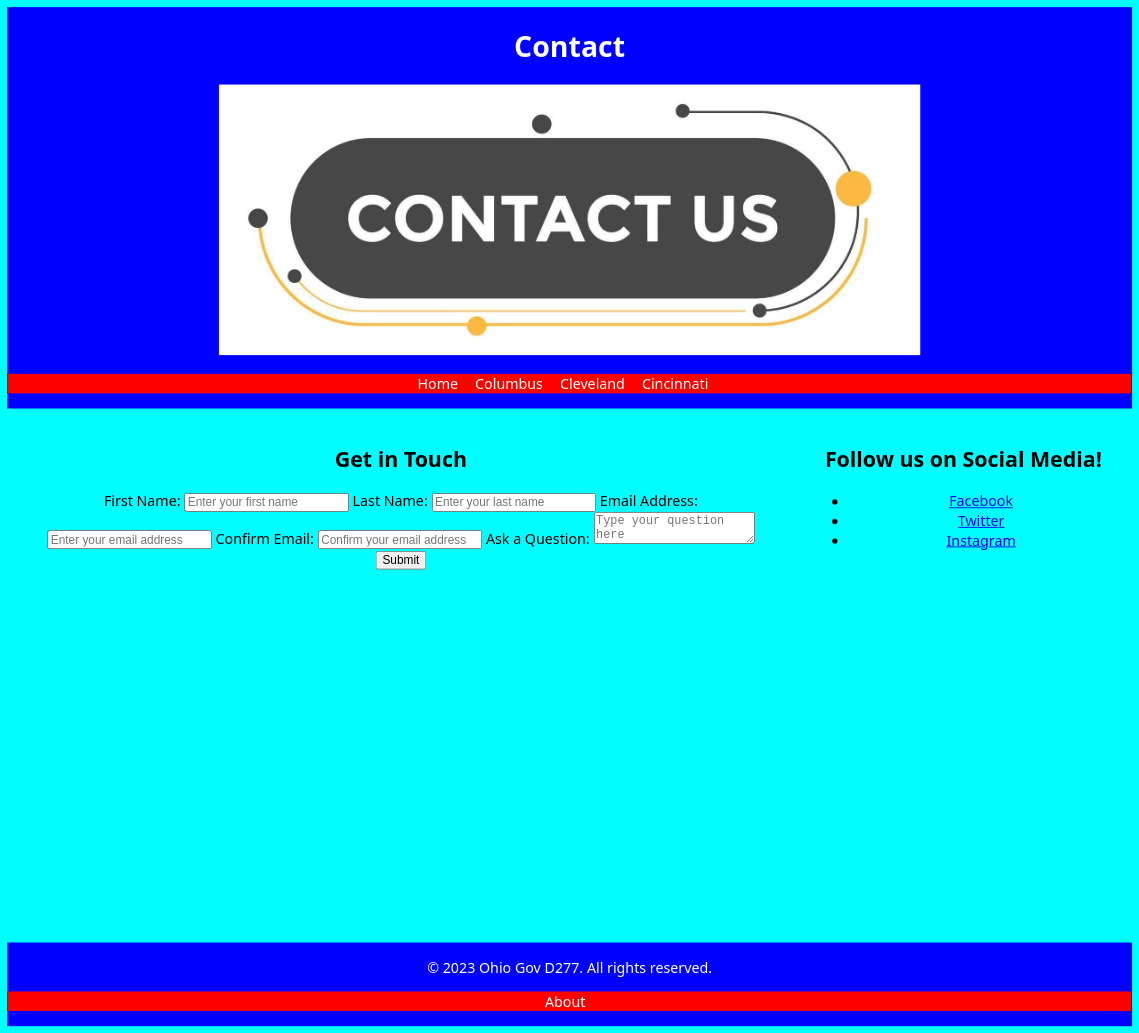
Repository: MikeeBuilds/FEWD-task1
Page: contact.html
These files come from the project's save history. The page is drawn as it stood at one moment and after the next save; the edit follows.
The browser window is 1280 px wide. The pictures show the whole page, at 89% of full size.

Above is the page before, as saved 2024-07-02 16:58:00.

### contact.html

<!DOCTYPE html>
<html lang="en">

<head>
    <title>Contact</title>
    <link rel="stylesheet" href="style.css">
    <script src="script.js"></script>
</head>

<body>

    <header>
        <h1>Contact</h1>
        <img src="images/contact.jpg" alt="contact image header">
        <nav>
            <ul>
                <li><a href="index.html">Home</a></li>
                <li><a href="columbus.html">Columbus</a></li>
                <li><a href="cleveland.html">Cleveland</a></li>
                <li><a href="cincinnati.html">Cincinnati</a></li>
            </ul>
        </nav>
    </header>

    <section>
        <h2>Get in Touch</h2>
        <form id="contactForm">
            <label for="firstName">First Name:</label>
            <input type="text" id="firstName" name="firstName" placeholder="Enter your first name" required>

            <label for="lastName">Last Name:</label>
            <input type="text" id="lastName" name="lastName" placeholder="Enter your last name" required>

            <label for="email">Email Address:</label>
            <input type="email" id="email" name="email" placeholder="Enter your email address" required>

            <label for="confirmEmail">Confirm Email:</label>
            <input type="email" id="confirmEmail" name="confirmEmail" placeholder="Confirm your email address" required>

            <!-- Adding a text box for the user to ask a question -->
            <label for="question">Ask a Question:</label>
            <textarea id="question" name="question" placeholder="Type your question here"></textarea>

            <!-- Adding a Submit button for the form -->
            <input type="submit" value="Submit">
        </form>
    </section>

    <aside>
        <h2>Follow us on Social Media!</h2>
            <p>
                <ul>
                    <li><a href="https://www.facebook.com/" target="_blank">Facebook</a></li>
                    <li><a href="https://www.twitter.com/" target="_blank">Twitter</a></li>
                    <li><a href="https://www.instagram.com/" target="_blank">Instagram</a></li>
                </ul>
            </p>
    </aside>

    <footer>
        <p>&copy; 2023 Ohio Gov D277. All rights reserved.</p>
        <nav>
            <ul>
                <li><a href="about.html">About</a></li>
            </ul>
        </nav>
    </footer>

</body>

</html>

### style.css
body {
    background-color: aqua;
    font-family:system-ui, -apple-system, BlinkMacSystemFont, 'Segoe UI', Roboto, Oxygen, Ubuntu, Cantarell, 'Open Sans', 'Helvetica Neue', sans-serif;
}

header {
    clear: both;
    background-color: blue;
    color: white;
    padding: 1px;
    text-align: center;
}

nav {
    background-color: red;
    color: white;
}

nav ul {
    list-style: none;
    padding: 0;
}

nav ul li {
    display: inline-block;
    margin-right: 15px;
}

nav ul li a {
    text-decoration: none;
    color: white;
}

nav ul li a:hover {
    color: red;
    background-color: blue;
}

section {
    width: 70%;
    float: left;
    padding: 20px;
    box-sizing: border-box;
    text-align: center;
    height:600px;
    overflow-y: auto;
}


aside {
    width: 30%;
    float: left;
    padding: 20px;
    box-sizing: border-box;
    text-align: center;
    height: 600px;
    overflow-y: auto;
}

footer {
    clear: both;
    background-color: blue;
    color: white;
    padding: 1px;
    text-align: center;
}

footer nav ul {
    list-style: none;
}

footer nav ul li {
    display: inline-block;
    margin-right: 10px;
}

footer nav ul li a {
    text-decoration: none;
    color: white;
}

#table {
    position:relative;
    top: 20px;
    margin: 0px auto;
}

.asideparagraph {
   font-size: small;
}

.absolute-note {
    position: absolute;
    top: 10px;
    left: 10px;
    background-color: red;
    padding: 5px;
    border: 1px solid black;
}

main {
    width: 70%;
    margin: 0 auto;
    text-align: center;
}

### script.js
document.addEventListener('DOMContentLoaded', function () {
    var email = document.getElementById('email');
    var confirmEmail = document.getElementById('confirmEmail');

    function checkEmailMatch() {

        if (email.value !== confirmEmail.value) {
            confirmEmail.setCustomValidity('Email addresses must match.');


            confirmEmail.style.borderColor = 'red';


            alert('Email addresses do not match. Please enter matching email addresses.');
        } else {
            confirmEmail.setCustomValidity('');


            confirmEmail.style.borderColor = 'green';


            alert('Email addresses match. Verification successful.');


        }
    }

    email.addEventListener('change', checkEmailMatch);
    confirmEmail.addEventListener('change', checkEmailMatch);
});

After the next save:
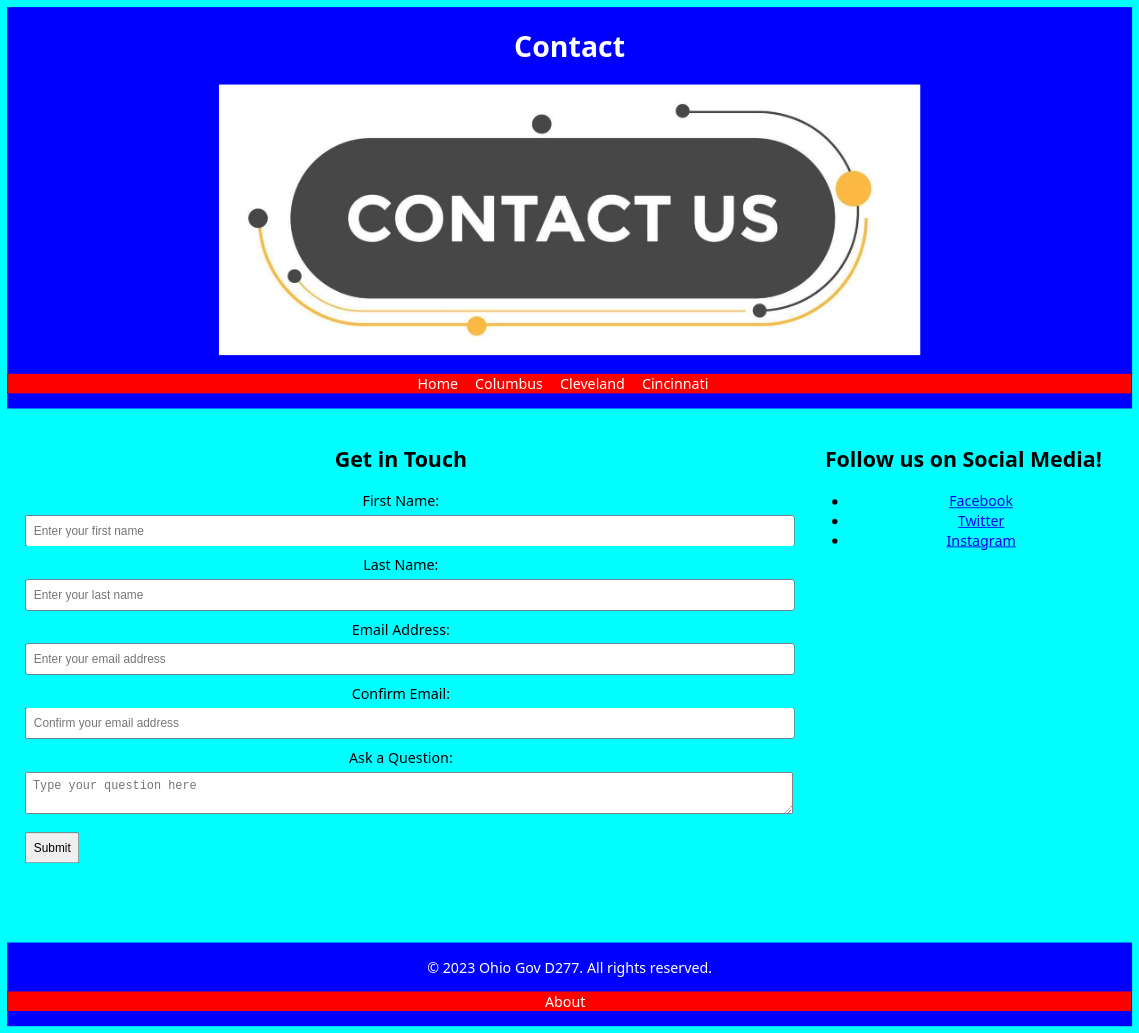
Saved 95 s later.
--- a/style.css
+++ b/style.css
@@ -103,3 +103,18 @@ main {
     margin: 0 auto;
     text-align: center;
 }
+
+form label {
+    display: block;
+    margin-top: 10px;
+}
+form input, form textarea {
+    display: block;
+    width: 100%;
+    padding: 8px;
+    margin-top: 5px;
+}
+form input[type="submit"] {
+    width: auto;
+    margin-top: 20px;
+}
